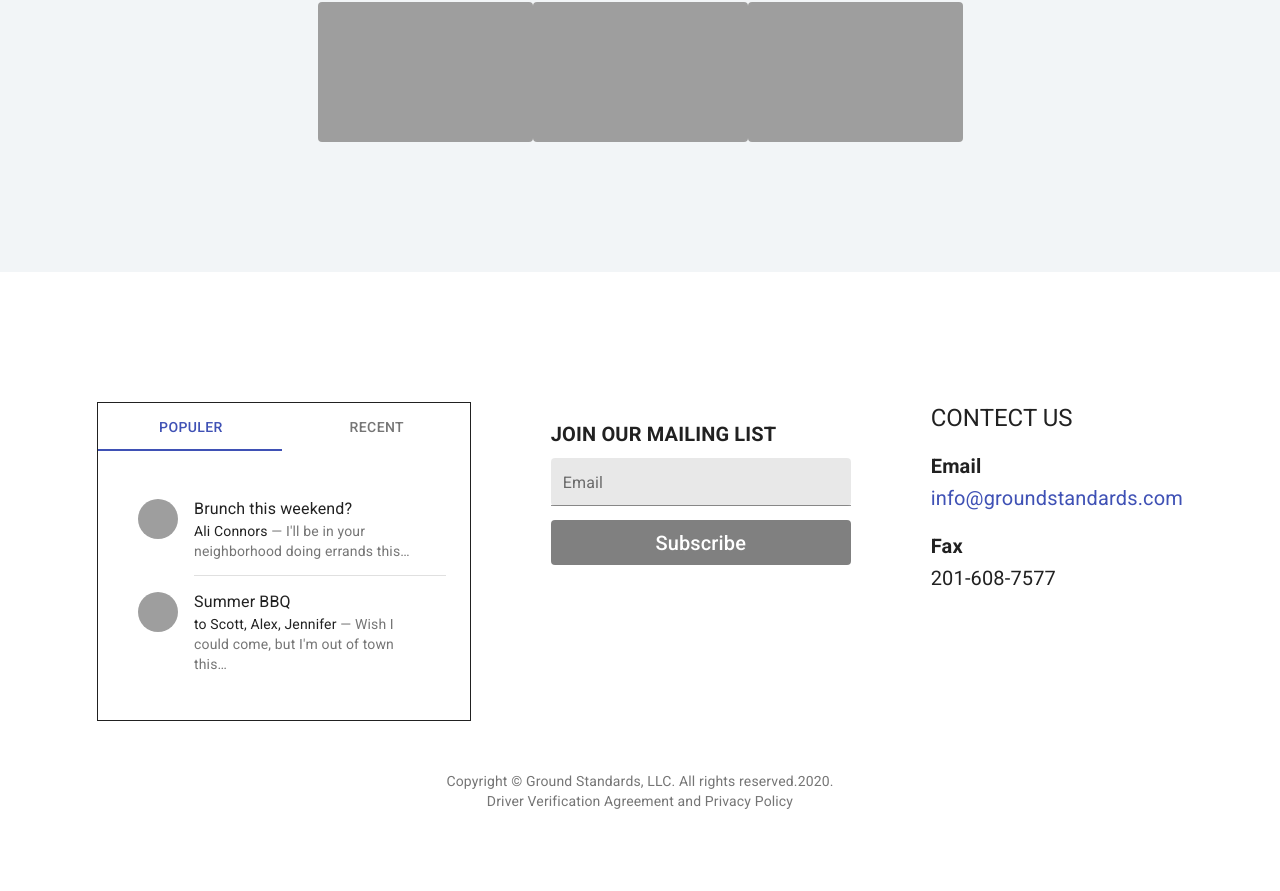
Repository: vinuvish/groundstandards_react
Page: /ourSolution
The author's editor kept a copy of each file at every save. The page is drawn from the files as they stood at one save, then again after the next save.
The browser window is 1280 px wide. The pictures show the part of the page from y = 300 to 1201 px (the page is 1191 px tall before and 1201 px after).
Pictures or frames that could not be fetched are drawn as grey boxes. The page's requests for data from a server got no answer. The project was rebuilt for these pictures with package versions that can differ from the ones it lists, and the page was loaded fresh each time. No one was signed in, and anything a server would have sent is missing. Also part of the build but not shown: src/pages/app/NotFoundPage.tsx, src/pages/app/SignUpPage.tsx, src/pages/app/AboutPage.tsx, src/pages/app/OurPartnerPage.tsx, src/pages/app/ResourcePage.tsx, src/pages/app/PressPage.tsx, src/pages/app/BlockPage.tsx, src/pages/app/ContactPage.tsx and 4 more. Imported but missing from the stored project, and not drawn on this page: src/assets/video/video-2.mp4.

Above is the page before, as saved 2020-12-16 22:03:01.

### public/index.html
<!DOCTYPE html>
<html lang="en">
  <head>
    <meta charset="utf-8" />
    <link rel="icon" href="%PUBLIC_URL%/favicon.png" />
    <meta name="viewport" content="width=device-width, initial-scale=1" />
    <meta name="theme-color" content="#000000" />
    <meta name="description" content="Web site created using create-react-app" />
    <link rel="apple-touch-icon" href="%PUBLIC_URL%/logo192.png" />
    <link rel="stylesheet" href="https://fonts.googleapis.com/css?family=Roboto:300,400,500,700&display=swap" />
    <link rel="stylesheet" href="https://fonts.googleapis.com/icon?family=Material+Icons" />
    <!--
      manifest.json provides metadata used when your web app is installed on a
      user's mobile device or desktop. See https://developers.google.com/web/fundamentals/web-app-manifest/
    -->
    <link rel="manifest" href="%PUBLIC_URL%/manifest.json" />
    <!--
      Notice the use of %PUBLIC_URL% in the tags above.
      It will be replaced with the URL of the `public` folder during the build.
      Only files inside the `public` folder can be referenced from the HTML.

      Unlike "/favicon.ico" or "favicon.ico", "%PUBLIC_URL%/favicon.ico" will
      work correctly both with client-side routing and a non-root public URL.
      Learn how to configure a non-root public URL by running `npm run build`.
    -->
    <title>Ground Standard</title>
  </head>
  <body>
    <noscript>You need to enable JavaScript to run this app.</noscript>
    <div id="root"></div>
    <!--
      This HTML file is a template.
      If you open it directly in the browser, you will see an empty page.

      You can add webfonts, meta tags, or analytics to this file.
      The build step will place the bundled scripts into the <body> tag.

      To begin the development, run `npm start` or `yarn start`.
      To create a production bundle, use `npm run build` or `yarn build`.
    -->
  </body>
</html>

### src/App.tsx
import { CssBaseline, MuiThemeProvider, StylesProvider } from '@material-ui/core';
import { SnackbarProvider } from 'notistack';
import React from 'react';
import { theme } from './app_utils/MuiTheme';
import AppRouterRoutes from './AppRoutes';
import { useAppStore } from './models_stores/appStore';

function App() {
  const streamAuthUser = useAppStore((state) => state.streamAuthUser);
  const streamProducts = useAppStore((state) => state.streamDocuments);
  const streamCategories = useAppStore((state) => state.streamNotifications);
  const streamUsers = useAppStore((state) => state.streamUsers);

  React.useEffect(() => {
    streamAuthUser();
    streamCategories();
    streamUsers();
    streamProducts();
  }, []); // eslint-disable-line

  return (
    <SnackbarProvider maxSnack={3} anchorOrigin={{ vertical: 'bottom', horizontal: 'right' }}>
      <MuiThemeProvider theme={theme}>
        <CssBaseline />
        <StylesProvider injectFirst>
          <AppRouterRoutes></AppRouterRoutes>
        </StylesProvider>
      </MuiThemeProvider>
    </SnackbarProvider>
  );
}

export default App;

### src/app_utils/MuiTheme.tsx
import { createMuiTheme } from '@material-ui/core/styles';
import { BreakpointOverrides } from '@material-ui/core/styles/createBreakpoints';
import { Shadows } from '@material-ui/core/styles/shadows';

declare module '@material-ui/core/styles/createBreakpoints' {
  interface BreakpointOverrides {
    xs: true;
    sm: true;
    md: true;
    lg: true;
    xl: true;
    tablet: true;
    laptop: true;
    desktop: true;
  }
}

export const theme = createMuiTheme({
  breakpoints: {
    values: { xs: 0, sm: 600, md: 960, lg: 1280, xl: 1920, tablet: 400, laptop: 900, desktop: 1200 }
  },

  shadows: Array(25).fill('none') as Shadows,

  props: {
    MuiInput: { disableUnderline: true },
    MuiButton: { disableElevation: true },
    MuiButtonBase: { disableRipple: true },
    MuiPaper: { elevation: 0 },
    MuiCard: { elevation: 0 },
    MuiDivider: { color: 'white' },
    MuiOutlinedInput: {}
  },
  overrides: {
    MuiPaper: {
      root: {
        elevation: 0
      }
    },
    MuiCard: {
      root: {
        elevation: 0
      }
    },
    MuiButton: {
      root: {
        textTransform: 'capitalize'
      }
    }
  },
  palette: {
    background: {
      default: '#F2F5F7'
    }
  }
});

export const breakpoint = {
  xs: `(min-width: 0px)`,
  sm: `(min-width: 576px)`,
  md: `(min-width: 768px)`,
  lg: `(min-width: 992px)`,
  xl: `(min-width: 1200px)`
};

### src/AppRoutes.tsx
import { Container, createStyles, Grid, makeStyles, Theme } from '@material-ui/core';
import React from 'react';
import { Route, Router, Switch } from 'react-router-dom';
import ZAppBar from './components/ZAppBar';
import ZAppBarDrawer from './components/ZAppBarDrawer';
import NotFoundPage from './pages/app/NotFoundPage';
import SignUpPage from './pages/app/SignUpPage';
import history from './app_utils/History';
import AboutPage from './pages/app/AboutPage';
import OurSolutionPage from './pages/app/OurSolutionPage';
import OurPartnerPage from './pages/app/OurPartnerPage';
import ResourcePage from './pages/app/ResourcePage';
import PressPage from './pages/app/PressPage';
import BlockPage from './pages/app/BlockPage';
import ContactPage from './pages/app/ContactPage';
import AppHomePage from './pages/app/AppHomePage';
import ZFooter from './components/ZFooter';

const AppRouterRoutes = () => {
  const classes = useStyles();

  return (
    <Router history={history}>

      <ZAppBar />
      <Switch>{[AppRoutes]}</Switch>
      <ZFooter />
    </Router>


  );
};


const AppRoutes = [
  <Route exact path='/' component={AppHomePage} />,
  <Route exact path='/aboutUs' component={AboutPage} />,
  <Route exact path='/signUp' component={SignUpPage} />,
  <Route exact path='/ourSolution' component={OurSolutionPage} />,
  <Route exact path='/ourPartner' component={OurPartnerPage} />,
  <Route exact path='/resource' component={ResourcePage} />,
  <Route exact path='/press' component={PressPage} />,
  <Route exact path='/blog' component={BlockPage} />,
  <Route exact path='/contact' component={ContactPage} />,
  <Route component={NotFoundPage} />
];

const useStyles = makeStyles((theme: Theme) =>
  createStyles({
    grid: {
      display: 'flex'
    },
    containerAuthenticated: {
      margin: 'auto',
      marginTop: 68,
      padding: 20,
      width: `calc(100% - 240px)`,
      [theme.breakpoints.down('md')]: {
        width: '100%'
      }
    },
    containerUnauthenticated: {}
  })
);

export default AppRouterRoutes;

### src/models_stores/appStore.ts
import { mountStoreDevtool } from 'simple-zustand-devtools';
import create from 'zustand';
import { fireAuth, fireFirestore } from '../firebase/firebase';
import { AuthUser } from '../models/AuthUserModel';
import { DocumentModel } from '../models/DocumentModel';
import { NotificationModel } from '../models/NotificationModel';

type State = {
  documents: DocumentModel[];
  streamDocuments: () => void;

  notifications: NotificationModel[];
  streamNotifications: () => void;

  users: AuthUser[];
  streamUsers: () => void;

  isInitializing?: boolean;
  authUser: AuthUser | null;
  streamAuthUser: () => void;
};

export const useAppStore = create<State>((set, get) => ({
  /* ------------------------------ NOTE AUTHUSER ----------------------------- */
  isInitializing: true,
  authUser: null,

  streamAuthUser: () => {
    fireAuth.onAuthStateChanged(async (user) => {
      if (user) {
        const query = await fireFirestore.collection('users').doc(user.uid).get();

        const authUser = AuthUser.fromFirestore(query);

        set((state) => {
          return { ...state, authUser: authUser, isInitializing: false };
        });
      } else {
        set((state) => {
          return { ...state, authUser: null, isInitializing: false };
        });
      }
    });
  },

  /* ------------------------------ NOTE Users ----------------------------- */
  users: [],

  streamUsers: () => {
    if (get().users.length === 0)
      fireFirestore.collection('users').onSnapshot((querySnapshot: firebase.firestore.QuerySnapshot<firebase.firestore.DocumentData>) => {
        let users: AuthUser[] = [];
        querySnapshot.docs.forEach((docSnapshot) => {
          const res = AuthUser.fromFirestore(docSnapshot);
          if (res) users.push(res);
        });

        set((state) => {
          return { ...state, users: users };
        });
      });
  },
  /* ------------------------------ NOTE PRODUCTS ----------------------------- */
  documents: [],

  streamDocuments: () => {
    if (get().documents.length === 0)
      fireFirestore
        .collection('documents')
        .limit(200)
        .onSnapshot((querySnapshot: firebase.firestore.QuerySnapshot<firebase.firestore.DocumentData>) => {
          let documents: DocumentModel[] = [];

          querySnapshot.docs.forEach((docSnapshot) => {
            const res = DocumentModel.fromFirestore(docSnapshot);
            if (res) documents.push(res);
          });

          set((state) => {
            return { ...state, documents: documents };
          });
        });
  },

  notifications: [],
  streamNotifications: () => {
    if (get().notifications.length === 0)
      fireFirestore.collection('notifications').onSnapshot((querySnapshot: firebase.firestore.QuerySnapshot<firebase.firestore.DocumentData>) => {
        let notifications: NotificationModel[] = [];

        querySnapshot.docs.forEach((docSnapshot) => {
          const res = NotificationModel.fromFirestore(docSnapshot);
          if (res) notifications.push(res);
        });

        set((state) => {
          return { ...state, notifications: notifications };
        });
      });
  }
}));

if (process.env.NODE_ENV === 'development') {
  mountStoreDevtool('Store', useAppStore);
}

### src/app_utils/History.tsx
import { createBrowserHistory } from 'history';
export default createBrowserHistory({});

### src/pages/app/OurSolutionPage.tsx
import * as React from 'react';
import { makeStyles, Theme } from '@material-ui/core/styles';
import { Box, Card, Grid, Typography, CardActionArea, CardMedia } from '@material-ui/core';
import ZImageDisplay from '../../components/ZImageDisplay';

interface Props { }

const OurSolutionPage: React.FC<Props> = () => {
    const classes = useStyles();
    const [state, setState] = React.useState({
        raised: false,
        shadow: 1,
    })
    return (
        <div className={classes.root}>
            <Grid container className={classes.grid} direction='column'>
                <Grid item xs={12}>
                    <Typography variant="h2">
                        <Box fontWeight={600} justifyContent='center' >
                            THE #1 SOLUTION
               </Box>
                    </Typography>
                </Grid>

            </Grid >

            <Grid container className={classes.grid} direction='row'>


                <Grid item md={3}>
                    <ZImageDisplay imageUral={'http://groundstandards.com/wp-content/uploads/compliance.png'} />
                </Grid>
                <Grid item xs={3}>
                    <ZImageDisplay imageUral={'http://groundstandards.com/wp-content/uploads/duty-of-care.png'} />
                </Grid>
                <Grid item xs={3}>
                    <ZImageDisplay imageUral={'http://groundstandards.com/wp-content/uploads/rider-confidence.png'} />
                </Grid>
            </Grid>

        </div >


    );
};

const useStyles = makeStyles((theme: Theme) => ({
    root: {
        width: '100vW',
        padding: theme.spacing(10, 20),
    }, grid: {
        padding: '50px',
        justifyContent: 'center',
        alignItems: 'center',
    },
    image: {
        maxWidth: 310,
        transition: "transform 0.50s ease-in-out"
    },
    cardHovered: {
        transform: "scale3d(1.05, 1.05, 2)"
    }
}));

OurSolutionPage.defaultProps = {};

export default OurSolutionPage;

### src/firebase/firebase.tsx
import firebase from 'firebase/app';
import 'firebase/firestore';
import 'firebase/auth';
import 'firebase/storage';

const firebaseConfig = {
  apiKey: 'AIzaSyBWf1JYtcld5rEhou2YyANxAtl20AylP80',
  authDomain: 'groundstandards-8a1dd.firebaseapp.com',
  databaseURL: 'https://groundstandards-8a1dd.firebaseio.com',
  projectId: 'groundstandards-8a1dd',
  storageBucket: 'groundstandards-8a1dd.appspot.com',
  messagingSenderId: '137110708999',
  appId: '1:137110708999:web:ab0b42be7878425a805ba2',
  measurementId: 'G-V8H0LZB9DH'
};

if (!firebase.apps.length) firebase.initializeApp(firebaseConfig);

const firestore = firebase.firestore();
const auth = firebase.auth();

export { firebase as fireFirebase, firestore as fireFirestore, auth as fireAuth };

### src/models/AuthUserModel.ts
export class AuthUser implements IAuthUser {
  email: string;
  firstName: string;
  id: string;
  lastName: string;
  isActive: boolean;
  isAdmin: boolean;
  timestampAdded: Date;
  timestampLastLogin: Date;

  constructor(x: IAuthUser) {
    this.email = x.email;
    this.firstName = x.firstName;
    this.id = x.id;
    this.lastName = x.lastName;
    this.isActive = x.isActive;
    this.isAdmin = x.isAdmin;
    this.timestampAdded = x.timestampAdded;
    this.timestampLastLogin = x.timestampLastLogin;
  }

  static fromFirestore(doc: firebase.firestore.DocumentSnapshot<firebase.firestore.DocumentData>): AuthUser | null {
    const data = doc.data();
    if (!data) return null;

    return new AuthUser({
      email: data['email'] ?? '',
      firstName: data['firstName'] ?? '',
      id: doc.id,
      lastName: data['lastName'] ?? '',
      isActive: data['isActive'] ?? true,
      isAdmin: data['isAdmin'] ?? false,
      timestampAdded: data['timestampAdded']?.toDate() ?? new Date(),
      timestampLastLogin: data['timestampLastLogin']?.toDate() ?? new Date()
    });
  }

  getFullName(): string {
    return `${this.firstName} ${this.lastName}`;
  }
}

interface IAuthUser {
  email: string;
  firstName: string;
  id: string;
  lastName: string;
  isActive: boolean;
  isAdmin: boolean;
  timestampAdded: Date;
  timestampLastLogin: Date;
}
export interface IAuthUserRegister {
  email: string;
  firstName: string;
  lastName: string;
  password: string;
  isAdmin: boolean;
}

export interface IAuthUserUpdate {
  id: string;
  firstName: string;
  lastName: string;
  isActive: boolean;
  isAdmin: boolean;
}

### src/models/NotificationModel.ts
export class NotificationModel implements IEventModel {
  body: string;
  title: string;
  linkUrl: string;
  id: string;
  timestampAdded: Date;

  constructor(x: IEventModel) {
    {
      this.id = x.id;
      this.linkUrl = x.linkUrl;
      this.body = x.body;
      this.timestampAdded = x.timestampAdded;
      this.title = x.title;
    }
  }

  static fromFirestore(doc: firebase.firestore.DocumentSnapshot<firebase.firestore.DocumentData>): NotificationModel | null {
    const data = doc.data();
    if (!data) return null;
    return new NotificationModel({
      body: data['body'] ?? '',
      id: doc.id,
      linkUrl: data['linkUrl'] ?? '',
      timestampAdded: data['timestampAdded']?.toDate() ?? Date.now(),
      title: data['title'] ?? ''
    });
  }
}

interface IEventModel {
  body: string;
  title: string;
  linkUrl: string;
  id: string;
  timestampAdded: Date;
}

### src/components/ZImageDisplay.tsx
import * as React from 'react';
import { createStyles, makeStyles, Theme } from '@material-ui/core/styles';
import { Box, Card, Grid, Typography, CardActionArea, CardMedia } from '@material-ui/core';

interface Props {
    imageUral: string;

}

const ZImageDisplay: React.FC<Props> = ({ imageUral }) => {
    const classes = useStyles();
    const [state, setState] = React.useState({
        raised: false,
        shadow: 1,
    })
    return (

        <Card className={classes.image} classes={{ root: state.raised ? classes.cardHovered : "" }}
            onMouseOver={() => setState({ raised: true, shadow: 3 })}
            onMouseOut={() => setState({ raised: false, shadow: 1 })}
            raised={state.raised} >

            <CardActionArea>
                <CardMedia

                    component="img"
                    alt={'image'}
                    height="140"
                    image={imageUral}
                    title={'image'}
                />
            </CardActionArea>
        </Card>

    );
}

export default ZImageDisplay;

const useStyles = makeStyles((theme: Theme) =>
    createStyles({
        image: {
            maxWidth: 310,
            transition: "transform 0.50s ease-in-out"
        }, cardHovered: {
            transform: "scale3d(1.05, 1.05, 2)"
        }
    })

);

### src/components/ZTextFromField.tsx
import * as React from 'react';
import { makeStyles, TextField, Theme } from '@material-ui/core';
import { Controller, FieldError, Control } from 'react-hook-form';

interface Props {
  label: string;
  defaultValue?: string;
  className?: string;
  control: Control;
  error?: FieldError | undefined;
  name: string;
  rules?: any;
  rows?: number;
  type?: string;
  disabled?: boolean;
  variant?: 'standard' | 'filled' | 'outlined' | undefined;
}

const ZTextFormField: React.FC<Props> = ({ label, defaultValue, className, control, name, rules, rows, type, variant, error, disabled }) => {
  const classes = useStyles();
  return (
    <div key={name} className={className}>
      <Controller
        key={name}
        as={
          <TextField
            InputProps={{
              classes: { root: classes.root }
            }}
            disabled={disabled ?? false}
            name={name}
            error={error?.message ? true : false}
            helperText={error?.message ? error.message : undefined}
            fullWidth
            margin='dense'
            multiline={type ? false : true}
            rows={type ? undefined : rows}
            type={type}
            variant={(variant ?? 'outlined') as any}
          />
        }
        rules={rules ?? { required: 'This field is required' }}
        autoComplete='false'
        label={label}
        name={name}
        control={control}
        defaultValue={defaultValue ?? ''}
      />
    </div>
  );
};

const useStyles = makeStyles((theme: Theme) => ({
  root: {
    borderRadius: '4px'
  }
}));

ZTextFormField.defaultProps = {};

export default ZTextFormField;

// rules={register({
//             required: true,
//             pattern: {
//               value: /^[A-Z0-9._%+-]+@[A-Z0-9.-]+\.[A-Z]{2,}$/i,
//               message: 'Invalid email address',
//             },
//           })}

### src/components/ZTabPanal.tsx
import { Box, Typography } from '@material-ui/core';
import React from 'react';


interface Props {
    children?: React.ReactNode;
    dir?: string;
    index: any;
    value: any;
}

const ZTabPanal: React.FC<Props> = ({ children, value, index, ...other }) => {

    return (
        <Box borderTop={0} >
            <div
                role="tabpanel"
                hidden={value !== index}
                id={`full-width-tabpanel-${index}`}
                aria-labelledby={`full-width-tab-${index}`}
                {...other}>
                {value === index && (
                    <Box p={3}>
                        <Typography>{children}</Typography>
                    </Box>
                )}

            </div>
        </Box>
    );


}

ZTabPanal.defaultProps = {};

export default ZTabPanal;

### src/components/ZListCard.tsx
import { Box, createStyles, makeStyles, Theme } from '@material-ui/core';
import React from 'react';
import List from '@material-ui/core/List';
import ListItem from '@material-ui/core/ListItem';
import Divider from '@material-ui/core/Divider';
import ListItemText from '@material-ui/core/ListItemText';
import ListItemAvatar from '@material-ui/core/ListItemAvatar';
import Avatar from '@material-ui/core/Avatar';
import Typography from '@material-ui/core/Typography';

interface Props {
    children?: React.ReactNode;
    dir?: string;
    index: any;
    value: any;
}

const ZListCard = () => {
    const classes = useStyles();

    return (
        <>
            <List className={classes.root}>
                <ListItem alignItems="flex-start">
                    <ListItemAvatar>
                        <Avatar alt="Remy Sharp" src="/static/images/avatar/1.jpg" />
                    </ListItemAvatar>
                    <ListItemText
                        primary="Brunch this weekend?"
                        secondary={
                            <React.Fragment>
                                <Typography
                                    component="span"
                                    variant="body2"
                                    className={classes.inline}
                                    color="textPrimary"
                                >
                                    Ali Connors
                  </Typography>
                                {" — I'll be in your neighborhood doing errands this…"}
                            </React.Fragment>
                        }
                    />
                </ListItem>
                <Divider variant="inset" component="li" />
                <ListItem alignItems="flex-start">
                    <ListItemAvatar>
                        <Avatar alt="Travis Howard" src="/static/images/avatar/2.jpg" />
                    </ListItemAvatar>
                    <ListItemText
                        primary="Summer BBQ"
                        secondary={
                            <React.Fragment>
                                <Typography
                                    component="span"
                                    variant="body2"
                                    className={classes.inline}
                                    color="textPrimary"
                                >
                                    to Scott, Alex, Jennifer
                  </Typography>
                                {" — Wish I could come, but I'm out of town this…"}
                            </React.Fragment>
                        }
                    />
                </ListItem>

            </List>
        </>
    );

}

ZListCard.defaultProps = {};

export default ZListCard;
const useStyles = makeStyles((theme: Theme) =>
    createStyles({
        root: {
            width: '100%',
            maxWidth: '36ch',
            backgroundColor: theme.palette.background.paper,
        },
        inline: {
            display: 'inline',
        },
    }),
);

Loaded but not shown: src/index.tsx (common file); src/styles/index.css (common file); src/components/ZAppBar.tsx (209 lines, source omitted); src/components/ZFooter.tsx (169 lines, source omitted); src/models/DocumentModel.ts (144 lines, source omitted); src/components/ZAppBarDrawerTemp.tsx (129 lines, source omitted)

After the next save:
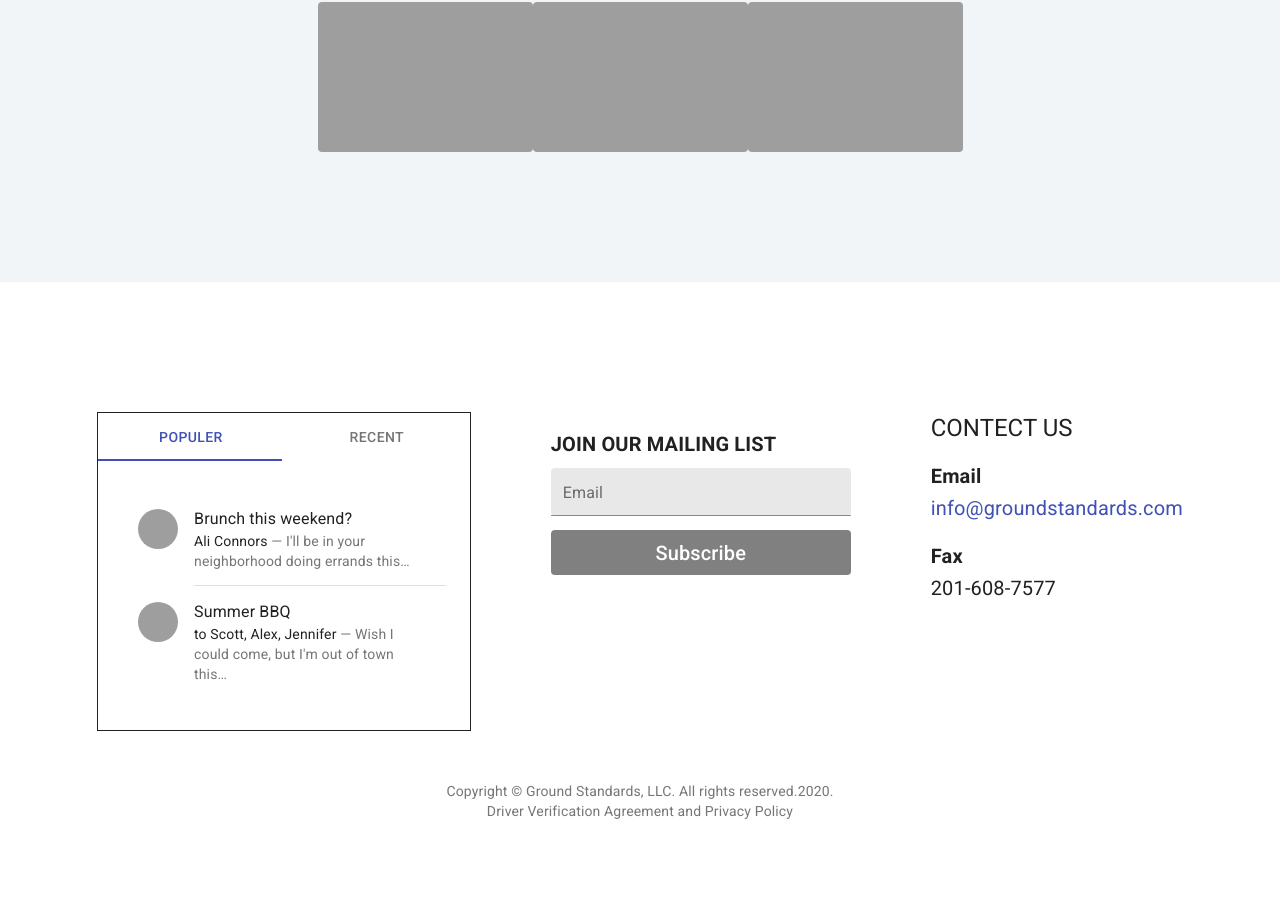
Saved 24 s later.
--- a/src/components/ZImageDisplay.tsx
+++ b/src/components/ZImageDisplay.tsx
@@ -25,7 +25,7 @@ const ZImageDisplay: React.FC<Props> = ({ imageUral }) => {
 
                     component="img"
                     alt={'image'}
-                    height="140"
+                    height="150"
                     image={imageUral}
                     title={'image'}
                 />
